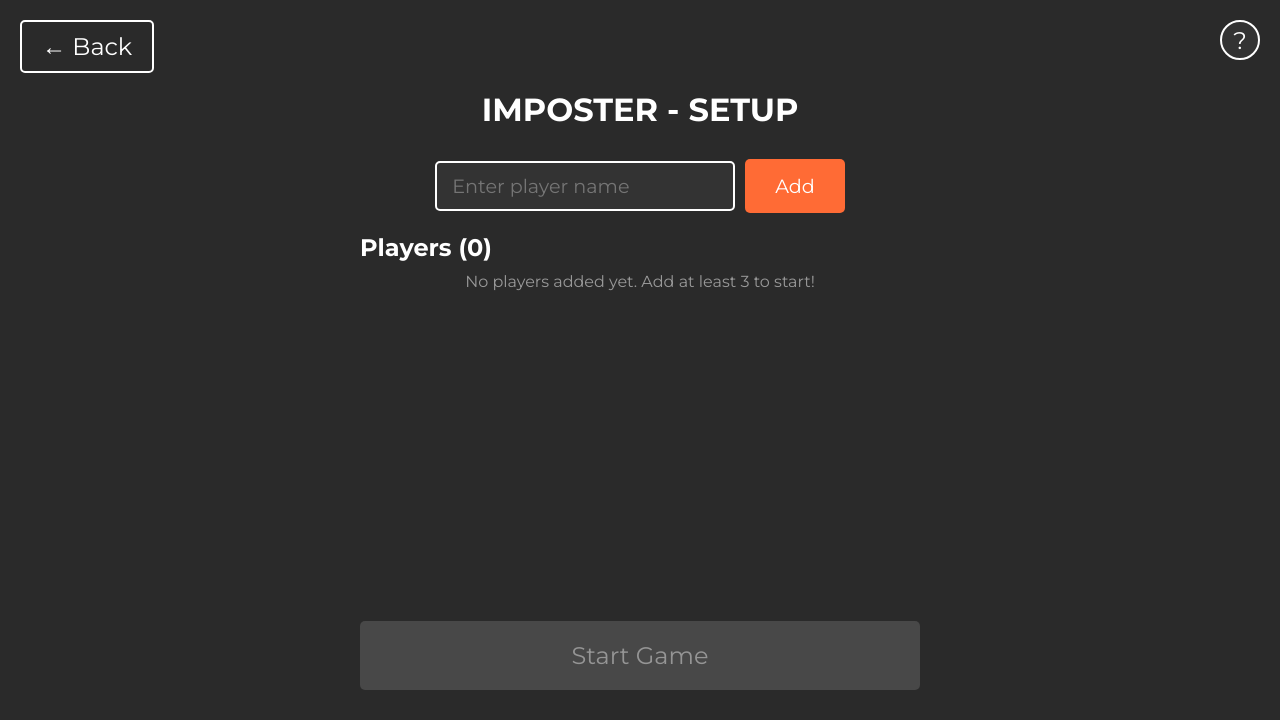
Repository: nfemmanuel/game-night-app
Page: /imposter-setup
An editor plug-in stored every save of this project. The page is shown before and after the next save, followed by the edit.
The browser window is 1280 px wide. The pictures show the whole page.
The project was rebuilt for these pictures with package versions that can differ from the ones it lists, and the page was loaded fresh each time. Also part of the build but not shown: src/components/GameCard.module.css, src/components/GameCard.jsx, src/pages/LandingPage.jsx, src/data/wordList.js, src/pages/ImposterReveal.jsx, src/pages/ImposterVoting.jsx.

Above is the page before, as saved 2026-01-02 16:22:56.

### public/index.html
<!DOCTYPE html>
<html lang="en">

<head>
  <meta charset="utf-8" />
  <link rel="icon" href="%PUBLIC_URL%/favicon.ico" />
  <link rel="preconnect" href="https://fonts.googleapis.com">
  <link rel="preconnect" href="https://fonts.gstatic.com" crossorigin>
  <link href="https://fonts.googleapis.com/css2?family=Montserrat:wght@400;600;700&display=swap" rel="stylesheet">
  <meta name="viewport" content="width=device-width, initial-scale=1, maximum-scale=1, user-scalable=no" />
  <meta name="theme-color" content="#000000" />
  <meta name="description" content="Web site created using create-react-app" />
  <link rel="apple-touch-icon" href="%PUBLIC_URL%/logo192.png" />
  <!--
      manifest.json provides metadata used when your web app is installed on a
      user's mobile device or desktop. See https://developers.google.com/web/fundamentals/web-app-manifest/
    -->
  <link rel="manifest" href="%PUBLIC_URL%/manifest.json" />
  <!--
      Notice the use of %PUBLIC_URL% in the tags above.
      It will be replaced with the URL of the `public` folder during the build.
      Only files inside the `public` folder can be referenced from the HTML.

      Unlike "/favicon.ico" or "favicon.ico", "%PUBLIC_URL%/favicon.ico" will
      work correctly both with client-side routing and a non-root public URL.
      Learn how to configure a non-root public URL by running `npm run build`.
    -->
  <title>NF's Game Night</title>
</head>

<body>
  <noscript>You need to enable JavaScript to run this app.</noscript>
  <div id="root"></div>
  <!--
      This HTML file is a template.
      If you open it directly in the browser, you will see an empty page.

      You can add webfonts, meta tags, or analytics to this file.
      The build step will place the bundled scripts into the <body> tag.

      To begin the development, run `npm start` or `yarn start`.
      To create a production bundle, use `npm run build` or `yarn build`.
    -->
</body>

</html>

### src/index.js
import React from 'react';
import ReactDOM from 'react-dom/client';
import './index.css';
import App from './App';
import reportWebVitals from './reportWebVitals';
import * as serviceWorkerRegistration from './serviceWorkerRegistration';

const root = ReactDOM.createRoot(document.getElementById('root'));
root.render(
  <React.StrictMode>
    <App />
  </React.StrictMode>
);

// If you want to start measuring performance in your app, pass a function
// to log results (for example: reportWebVitals(console.log))
// or send to an analytics endpoint. Learn more: https://bit.ly/CRA-vitals
reportWebVitals();

serviceWorkerRegistration.register();

### src/App.js
import { BrowserRouter, Routes, Route } from 'react-router-dom';
import './styles/global.css';
import LandingPage from './pages/LandingPage';
import ImposterSetup from './pages/ImposterSetup';
import ImposterReveal from './pages/ImposterReveal';
import ImposterVoting from './pages/ImposterVoting';

function App() {
  return (
    <BrowserRouter>
      <Routes>
        <Route path="/" element={<LandingPage />} />
        <Route path="/imposter-setup" element={<ImposterSetup />} />
        <Route path="/imposter-reveal" element={<ImposterReveal />} />
        <Route path="/imposter-voting" element={<ImposterVoting />} />
      </Routes>
    </BrowserRouter>
  );
}

export default App;

### src/serviceWorkerRegistration.js
export function register() {
    if ('serviceWorker' in navigator) {
        window.addEventListener('load', () => {
            navigator.serviceWorker.register('/service-worker.js').then(
                (registration) => {
                    console.log('SW registered: ', registration);
                },
                (error) => {
                    console.log('SW registration failed: ', error);
                }
            );
        });
    }
}

### src/styles/global.css
* {
    margin: 0;
    padding: 0;
    box-sizing: border-box;
}

body {
    font-family: 'Montserrat', 'Helvetica Neue', 'Arial', sans-serif;
    background-color: rgb(42, 42, 42);
    color: white;
    overflow: hidden;
}

button {
    cursor: pointer;
    border: none;
    border-radius: 5px;
    font-family: inherit;
    font-size: 1rem;
    padding: 10px 20px;
}

/* Prevent scrolling under fixed buttons */
body {
    padding-top: 70px;
}

/* Page title positioning */
.page-title {
    margin-top: 0;
    margin-bottom: 30px;
}

/* Mobile adjustments */
@media (max-width: 768px) {

    /* Page titles */
    .page-title {
        font-size: 2rem !important;
        margin-bottom: 20px;
    }

    /* General headings */
    h1 {
        font-size: 3rem !important;
    }

    h2 {
        font-size: 1.5rem !important;
    }

    h3 {
        font-size: 1.2rem !important;
    }

    p {
        font-size: 1rem !important;
    }

    /* Input fields */
    input[type="text"] {
        width: 100% !important;
        max-width: 300px !important;
        font-size: 1rem !important;
        padding: 12px !important;
        margin-right: 0 !important;
        margin-bottom: 10px !important;
    }

    /* Buttons */
    button {
        font-size: 1rem !important;
        padding: 12px 24px !important;
    }

    /* Smaller back/help buttons */
    .back-button {
        padding: 8px 12px !important;
        font-size: 1rem !important;
        top: 10px !important;
        left: 10px !important;
    }

    .help-button-container {
        top: 10px !important;
        right: 10px !important;
    }

    .help-button {
        width: 30px !important;
        height: 30px !important;
        font-size: 1.2rem !important;
    }

    /* Reveal card */
    .reveal-card {
        width: 280px !important;
        height: 400px !important;
    }

    .reveal-card h2 {
        font-size: 2rem !important;
    }

    /* Reduce padding on mobile */
    body {
        padding-top: 60px;
    }
}

@media (max-width: 480px) {
    .page-title {
        font-size: 1.5rem !important;
    }

    h1 {
        font-size: 2.5rem !important;
    }

    input[type="text"] {
        font-size: 0.9rem !important;
        padding: 10px !important;
    }

    button {
        font-size: 0.9rem !important;
        padding: 10px 20px !important;
    }

    .reveal-card {
        width: 240px !important;
        height: 340px !important;
    }

    .reveal-card h2 {
        font-size: 1.8rem !important;
    }
}

/* Landing page can scroll on mobile */
.landing-page {
    overflow-y: auto !important;
    height: 100vh;
}

### src/pages/ImposterSetup.jsx
import { useState } from 'react';
import BackButton from '../components/BackButton';
import HelpButton from '../components/HelpButton';
import { useNavigate, useLocation } from 'react-router-dom';
import { DndContext, closestCenter } from '@dnd-kit/core';
import { arrayMove, SortableContext, verticalListSortingStrategy, useSortable } from '@dnd-kit/sortable';
import { CSS } from '@dnd-kit/utilities';

// Sortable Item Component
function SortablePlayer({ player, index, onRemove }) {
    const {
        attributes,
        listeners,
        setNodeRef,
        transform,
        transition,
        isDragging
    } = useSortable({ id: player });

    const style = {
        transform: CSS.Transform.toString(transform),
        transition,
        fontSize: '1.3rem',
        margin: '15px 0',
        display: 'flex',
        alignItems: 'center',
        justifyContent: 'space-between',
        backgroundColor: isDragging ? '#444' : '#333',
        padding: '10px 20px',
        borderRadius: '10px',
        cursor: 'grab',
        userSelect: 'none',
        opacity: isDragging ? 0.5 : 1
    };

    return (
        <li ref={setNodeRef} style={style} {...attributes} {...listeners}>
            <span>
                <span style={{ marginRight: '10px', color: '#999' }}>☰</span>
                {index + 1}. {player}
            </span>
            <button
                onClick={(e) => {
                    e.stopPropagation();
                    onRemove();
                }}
                style={{
                    padding: '5px 15px',
                    backgroundColor: '#E74C3C',
                    color: 'white',
                    cursor: 'pointer',
                    border: 'none',
                    borderRadius: '5px'
                }}
            >
                ✕
            </button>
        </li>
    );
}

function ImposterSetup() {
    const navigate = useNavigate();
    const location = useLocation();

    const [playerName, setPlayerName] = useState('');
    const [players, setPlayers] = useState(location.state?.players || []);

    const addPlayer = () => {
        if (playerName.trim() && !players.includes(playerName.trim())) {
            setPlayers([...players, playerName.trim()]);
            setPlayerName('');
        }
    };

    const removePlayer = (indexToRemove) => {
        setPlayers(players.filter((_, index) => index !== indexToRemove));
    };

    const resetPlayers = () => {
        setPlayers([]);
    };

    const handleKeyPress = (e) => {
        if (e.key === 'Enter') {
            addPlayer();
        }
    };

    const handleDragEnd = (event) => {
        const { active, over } = event;

        if (active.id !== over.id) {
            setPlayers((items) => {
                const oldIndex = items.indexOf(active.id);
                const newIndex = items.indexOf(over.id);
                return arrayMove(items, oldIndex, newIndex);
            });
        }
    };

    const startGame = () => {
        navigate('/imposter-reveal', {
            state: { players }
        });
    };

    return (
        <div style={{
            padding: '20px',
            textAlign: 'center',
            maxWidth: '600px',
            margin: '0 auto',
            height: 'calc(100vh - 80px)',
            display: 'flex',
            flexDirection: 'column',
            overflow: 'hidden'
        }}>
            <BackButton to="/" />
            <HelpButton />

            <h1 className="page-title">IMPOSTER - SETUP</h1>

            {/* Input section - fixed */}
            <div style={{ marginBottom: '20px', flexShrink: 0 }}>
                <input
                    type="text"
                    value={playerName}
                    onChange={(e) => setPlayerName(e.target.value)}
                    onKeyPress={handleKeyPress}
                    placeholder="Enter player name"
                    style={{
                        padding: '15px',
                        fontSize: '1.2rem',
                        borderRadius: '5px',
                        border: '2px solid white',
                        width: '300px',
                        height: '50px',
                        marginRight: '10px',
                        fontFamily: 'inherit',
                        backgroundColor: '#333',
                        color: 'white',
                    }}
                />
                <button
                    onClick={addPlayer}
                    style={{
                        padding: '15px 30px',
                        fontSize: '1.2rem',
                        backgroundColor: '#FF6B35',
                        color: 'white'
                    }}
                >
                    Add
                </button>
            </div>

            {/* Player list header - fixed */}
            <div style={{
                display: 'flex',
                justifyContent: 'space-between',
                alignItems: 'center',
                marginBottom: '10px',
                flexShrink: 0
            }}>
                <h2>Players ({players.length})</h2>
                {players.length > 0 && (
                    <button
                        onClick={resetPlayers}
                        style={{
                            padding: '10px 20px',
                            fontSize: '1rem',
                            backgroundColor: '#E74C3C',
                            color: 'white',
                            cursor: 'pointer'
                        }}
                    >
                        Reset All
                    </button>
                )}
            </div>

            {/* SCROLLABLE PLAYER LIST - Drag and drop enabled */}
            <div style={{
                flex: 1,
                overflowY: 'auto',
                marginBottom: '20px',
                minHeight: 0
            }}>
                {players.length === 0 ? (
                    <p style={{ color: '#999' }}>No players added yet. Add at least 3 to start!</p>
                ) : (
                    <DndContext collisionDetection={closestCenter} onDragEnd={handleDragEnd}>
                        <SortableContext items={players} strategy={verticalListSortingStrategy}>
                            <ul style={{ listStyle: 'none', padding: 0, margin: 0 }}>
                                {players.map((player, index) => (
                                    <SortablePlayer
                                        key={player}
                                        player={player}
                                        index={index}
                                        onRemove={() => removePlayer(index)}
                                    />
                                ))}
                            </ul>
                        </SortableContext>
                    </DndContext>
                )}
            </div>

            {/* START BUTTON - Sticky at bottom */}
            <footer style={{ flexShrink: 0 }}>
                <button
                    onClick={startGame}
                    disabled={players.length < 3}
                    style={{
                        padding: '20px 40px',
                        fontSize: '1.5rem',
                        backgroundColor: players.length >= 3 ? '#4CAF50' : '#666',
                        color: 'white',
                        cursor: players.length >= 3 ? 'pointer' : 'not-allowed',
                        opacity: players.length >= 3 ? 1 : 0.5,
                        width: '100%'
                    }}
                >
                    Start Game
                </button>
            </footer>
        </div>
    );
}

export default ImposterSetup;

### src/components/HelpButton.jsx
import { useState } from 'react';

function HelpButton() {
    const [showHelp, setShowHelp] = useState(false);

    return (
        <div
            className="help-button-container"
            style={{
                position: 'fixed',
                top: '20px',
                right: '20px',
                zIndex: 1000
            }}
            onMouseEnter={() => setShowHelp(true)}
            onMouseLeave={() => setShowHelp(false)}
        >
            <div
                className="help-button"
                style={{
                    width: '40px',
                    height: '40px',
                    borderRadius: '50%',
                    border: '2px solid white',
                    color: 'white',
                    fontSize: '1.5rem',
                    display: 'flex',
                    alignItems: 'center',
                    justifyContent: 'center',
                    cursor: 'pointer',
                    backgroundColor: '#333'
                }}
            >
                ?
            </div>

            {showHelp && (
                <div
                    style={{
                        position: 'absolute',
                        top: '50px',
                        right: '0',
                        backgroundColor: '#222',
                        border: '2px solid white',
                        borderRadius: '10px',
                        padding: '20px',
                        width: '300px',
                        maxWidth: '90vw',
                        textAlign: 'left',
                        fontSize: '0.9rem',
                        lineHeight: '1.5'
                    }}
                >
                    <h3 style={{ marginTop: 0, marginBottom: '10px', fontSize: '1.1rem' }}>
                        How to Play Imposter
                    </h3>
                    <ol style={{ paddingLeft: '20px', margin: 0 }}>
                        <li>Add 3+ player names</li>
                        <li>One random player is secretly the imposter</li>
                        <li>Everyone else sees the same secret word</li>
                        <li>Pass the phone around - each player holds the card to see their word</li>
                        <li>The imposter sees "You're the imposter. Shh!"</li>
                        <li>After everyone has seen their card, discuss and guess who the imposter is</li>
                        <li>Vote for the imposter or skip to reveal</li>
                    </ol>
                </div>
            )}
        </div>
    );
}

export default HelpButton;

### src/components/BackButton.jsx
import { useNavigate, useLocation } from 'react-router-dom';

function BackButton({ to = '/', preserveState = false }) {
    const navigate = useNavigate();
    const location = useLocation();

    const handleBack = () => {
        if (preserveState && location.state) {
            // Pass along any state (like players list)
            navigate(to, { state: location.state });
        } else {
            navigate(to);
        }
    };

    return (
        <button
            onClick={handleBack}
            className="back-button"
            style={{
                position: 'fixed',
                top: '20px',
                left: '20px',
                padding: '10px 20px',
                fontSize: '1.5rem',
                backgroundColor: 'transparent',
                border: '2px solid white',
                color: 'white',
                cursor: 'pointer',
                borderRadius: '5px',
                zIndex: 1000
            }}
        >
            ← Back
        </button>
    );
}

export default BackButton;

Loaded but not shown: src/index.css (common file); src/reportWebVitals.js (common file)

After the next save:
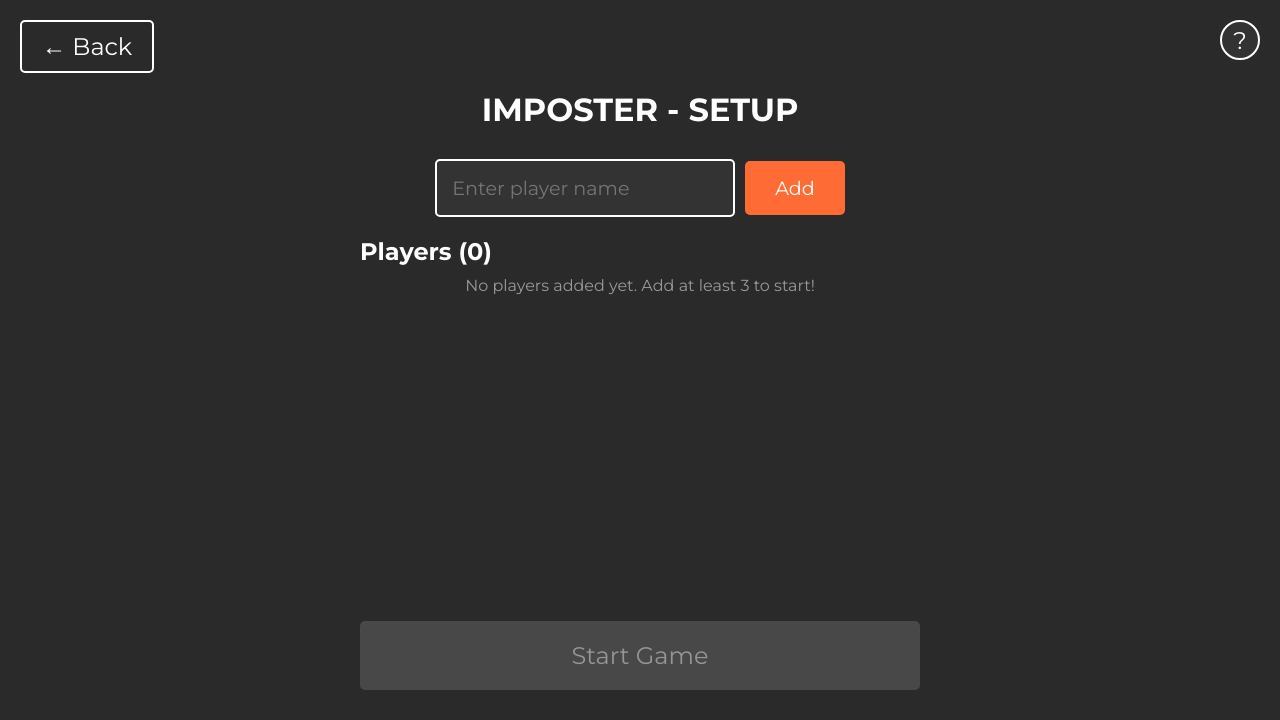
Saved 1 s later.
--- a/src/pages/ImposterSetup.jsx
+++ b/src/pages/ImposterSetup.jsx
@@ -135,7 +135,6 @@
                         borderRadius: '5px',
                         border: '2px solid white',
                         width: '300px',
-                        height: '50px',
                         marginRight: '10px',
                         fontFamily: 'inherit',
                         backgroundColor: '#333',
